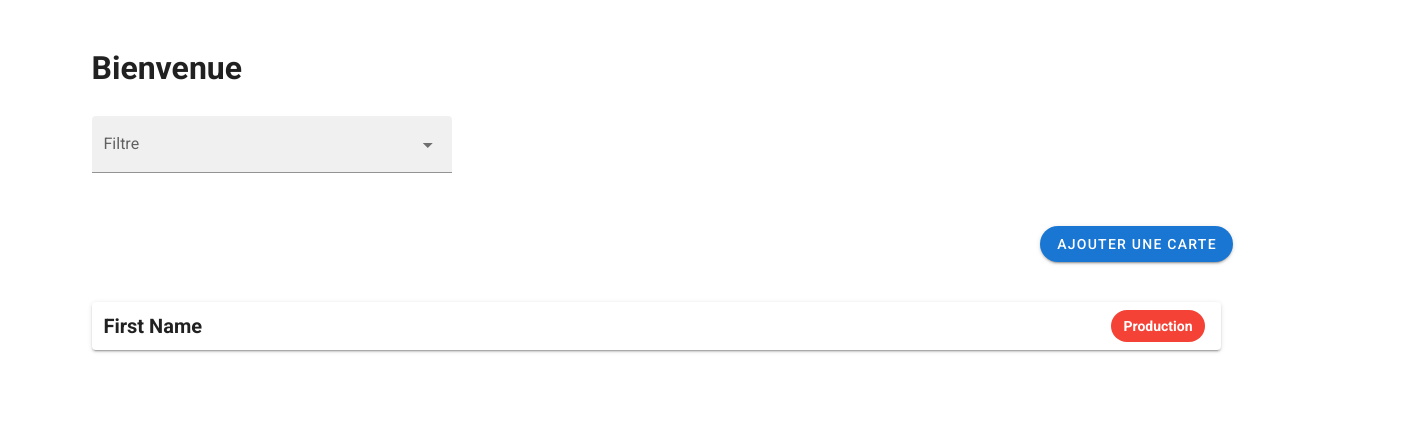
Repository: SidneyHodieb/myc
Page: /
These files come from the project's save history. The page is drawn as it stood at one moment and after the next save; the edit follows.
The browser window is 1280 px wide. The page is 1425 px wide, so the pictures cover 1425 px, including what lies to the right of the window. The pictures show the whole page.
The project was rebuilt for these pictures with package versions that can differ from the ones it lists, and the page was loaded fresh each time. Also part of the build but not shown: vue.config.js.

Above is the page before, as saved 2021-04-02 00:14:59.

After the next save:
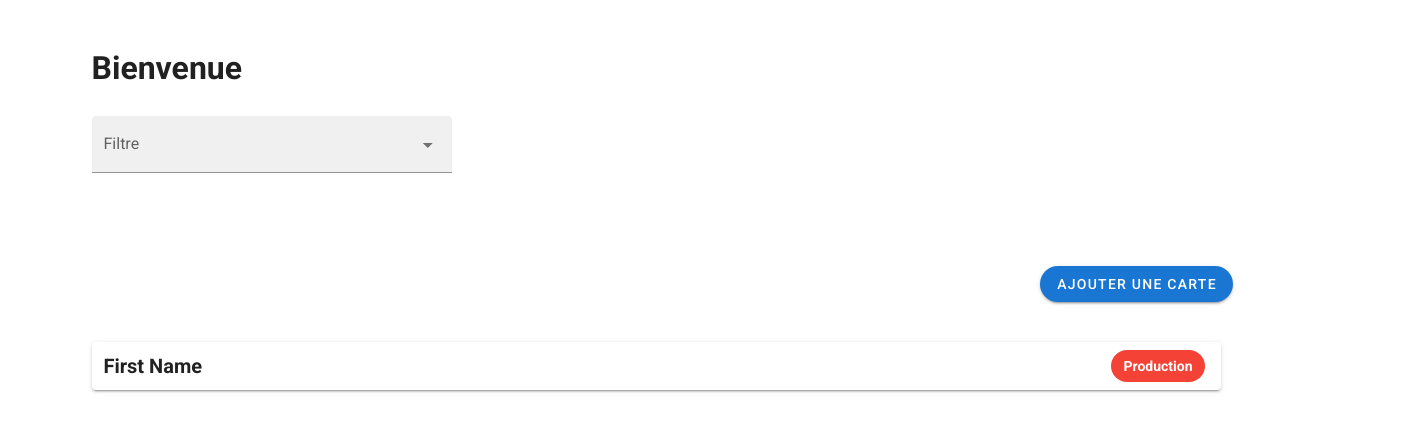
Saved 4 s later.
--- a/src/views/Home.vue
+++ b/src/views/Home.vue
@@ -7,7 +7,7 @@
       <v-col class="d-flex" sm="4">
         <v-select :items="items" filled label="Filtre"></v-select>
       </v-col>
-     <v-col offset-md="8" sm="6" style="margin-top:'0px">
+     <v-col offset-md="8" sm="6" style="margin-top:40px">
       <div class="text-center">
         <v-btn rounded color="primary">
           Ajouter une carte
